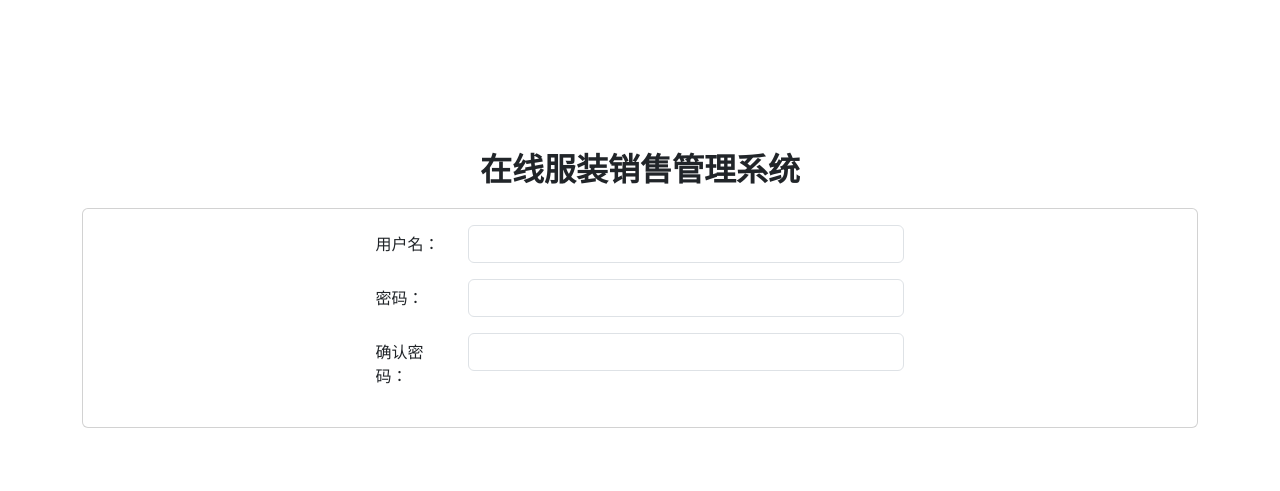
Repository: squawktop/CFS
Page: /user/register (app in web/)
The author's editor kept a copy of each file at every save. The page is drawn from the files as they stood at one save, then again after the next save.
The browser window is 1280 px wide. The pictures show the whole page.
The project was rebuilt for these pictures with package versions that can differ from the ones it lists, and the page was loaded fresh each time. Also part of the build but not shown: web/vue.config.js, web/src/views/LoginView.vue, web/src/components/NavBar.vue, web/src/views/HomeView.vue, web/src/views/UsersManageView.vue, web/src/views/PersonalCenterView.vue, web/src/views/GoodsManageView.vue, web/src/views/OrdersManageView.vue and 1 more.

Above is the page before, as saved 2024-03-23 18:46:22.

### web/src/App.vue
<template>
  <RouterView></RouterView>
</template>

<script>


// 导入bootstrap
import "bootstrap/dist/css/bootstrap.min.css"
import "bootstrap/dist/js/bootstrap"
// import { ref } from "vue";

// import $ from 'jquery';
export default {
  components: {

  }
  ,
  setup() {
    // const user_id = ref("");
    // const username = ref("");
    // const password = ref("");

    // $.ajax({
    //   type: "get",
    //   url: "http://127.0.0.1:3000/user/getlist",
    //   success(resp) {
    //     user_id.value = resp[0].id;
    //     username.value = resp[0].username;
    //     password.value = resp[0].password;

    //   },
    //   error() {
    //     this.user_id = "error"
    //   }
    // })




    return {

    }
  }

}

</script>

<style></style>

### web/src/router/index.js
import { createRouter, createWebHistory } from 'vue-router'
// import HomeView from '../views/HomeView.vue'
import LoginView from '../views/LoginView.vue'
import RegisterView from '../views/RegisterView.vue'
import HomeView from '../views/HomeView.vue'
import UsersManageView from '../views/UsersManageView.vue'
import PersonalCenterView from '../views/PersonalCenterView.vue'
import GoodsManageView from '../views/GoodsManageView.vue'
import OrdersManageView from '../views/OrdersManageView.vue'
import NotFound from '../views/NotFoundView.vue'
import store from '@/store/index'

const routes = [
  {
    path: '/',
    name: 'home',
    component: HomeView,
    // redirect: "/user/register",
    meta: { //该页面是否需要授权      //随便写， 也可以设置为   flag : true;
      requestAuth: true,
    }
  },

  {
    path: '/user/login',
    name: 'user_login',
    component: LoginView,
    meta: {
      requestAuth: false,
    }
  },

  {
    path: '/user/register',
    name: 'user_register',
    component: RegisterView,
    meta: { //该页面是否需要授权
      requestAuth: false,
    }
  },
  {
    path: '/user/personalcenter',
    name: 'personal_center',
    component: PersonalCenterView,
    meta: { //该页面是否需要授权
      requestAuth: true,
    }
  },

  {
    path: '/user/usermanage',
    name: 'user_manage',
    component: UsersManageView,
    meta: { //该页面是否需要授权
      requestAuth: true,
    }
  }
  ,
  {
    path: '/goods/manage',
    name: 'goods_manage',
    component: GoodsManageView,
    meta: { //该页面是否需要授权
      requestAuth: true,
    }
  }, {
    path: '/orders/manage',
    name: 'orders_manage',
    component: OrdersManageView,
    meta: { //该页面是否需要授权
      requestAuth: true,
    }
  },


  {
    path: "/404/",
    name: "404",
    component: NotFound
  },
  {
    path: "/:catchAll(.*)",
    redirect: "/404/",  //页面重定向到404
  }
]

const router = createRouter({
  history: createWebHistory(),
  routes
})

router.beforeEach((to, from, next) => {
  if (to.meta.requestAuth && !store.state.user.is_login) {
    next({ name: "user_login" });
  } else {
    next();
  }
})

export default router

### web/src/store/index.js
import { createStore } from 'vuex'
import ModuleUser from '@/store/user'

export default createStore({
  state: {
  },
  getters: {
  },
  mutations: {
  },
  actions: {
  },
  modules: {
    user: ModuleUser,
  }
})

### web/src/views/RegisterView.vue
<template>
    <div class="background">
        <h2>在线服装销售管理系统</h2>
        <ContentField>
            <div class="row justify-content-md-center">
                <div class="col-6">
                    <form @submit.prevent="register">
                        <!-- <div class="mb-3">
                            <label for="username" class="form-label">用户名</label>
                            <input v-model="username" type="text" class="form-control" id="username"
                                placeholder="请输入用户名" />
                        </div>
                        <div class="mb-3">
                            <label for="password" class="form-label">密码</label>
                            <input v-model="password" type="password" class="form-control" id="password"
                                placeholder="请输入密码" />
                        </div>
                        <div class="mb-3">
                            <label for="confirmedPassword" class="form-label">确认密码</label>
                            <input v-model="confirmedPassword" type="password" class="form-control"
                                id="confirmedPassword" placeholder="请再次输入密码" />
                        </div>
                        <div class="error-message">{{ error_message }} </div>
                        <button type="submit" class="btn btn-primary">注册</button>
                        <div class="tip" @click="loginview">已有账号，返回登录</div> -->

                        <div class="mb-3 row">
                            <label for="staticEmail" class="col-sm-2 col-form-label">用户名：</label>
                            <div class="col-sm-10">
                                <input type="password" class="form-control" id="username">
                            </div>
                        </div>
                        <div class="mb-3 row">
                            <label for="inputPassword" class="col-sm-2 col-form-label">密码：</label>
                            <div class="col-sm-10">
                                <input type="password" class="form-control" id="inputPassword">
                            </div>
                        </div>
                        <div class="mb-3 row">
                            <label for="inputPassword" class="col-sm-2 col-form-label">确认密码：</label>
                            <div class="col-sm-10">
                                <input type="password" class="form-control" id="inputPassword">
                            </div>
                        </div>



                    </form>
                </div>
            </div>
        </ContentField>
    </div>

</template>

<script>
import ContentField from "@/components/ContentField.vue";
import { ElMessage } from 'element-plus'
import { ref } from 'vue'
import router from "@/router/index";
import $ from 'jquery'

export default {
    components: {
        ContentField,
    },
    setup() {
        let username = ref('');
        let password = ref('');
        let confirmedPassword = ref('');
        let error_message = ref('');

        const register = () => {
            $.ajax({
                url: "http://127.0.0.1:3000/api/user/account/register/",
                type: "post",
                data: {
                    username: username.value,
                    password: password.value,
                    confirmedPassword: confirmedPassword.value,
                },
                success(resp) {
                    if (resp.error_message === 'success') {
                        ElMessage.success("注册成功，请登录");
                        router.push({ name: "user_login" });
                    } else {
                        error_message.value = resp.error_message;
                    }
                }
            })
        }

        const loginview = () => {
            router.push({ name: "user_login" });
        }

        return {
            username,
            password,
            confirmedPassword,
            error_message,
            register,
            loginview,
        }
    }
};
</script>

<style scoped>
h2 {

    text-align: center;
    margin-top: 150px;
    font-weight: bold;
}

button {
    width: 100%;
}

div.error-message {
    color: red;
}

.tip {
    cursor: pointer;
    text-align: center;
    margin-top: 10px;

}

.tip:hover {
    text-decoration: underline;
}
</style>

### web/src/store/user.js
import router from '@/router';
import $ from 'jquery'
export default {
    state: {
        id: "",
        username: "",
        photo: "",
        token: "",
        is_login: false,
        pulling_info: true,
    },
    getters: {
    },
    mutations: {        //一般是用来修改数据的
        updateUser(state, user) {
            state.id = user.id;
            state.username = user.username;
            state.photo = user.photo;
            state.is_login = user.is_login;
        },
        updateToken(state, token) {
            state.token = token;
        },
        logout(state) {
            state.id = "";
            state.username = "";
            state.photo = "";
            state.token = "";
            state.is_login = false;
            router.push({ name: "user_login" });
        },
        updatePullingInfo(state, pulling_info) {
            state.pulling_info = pulling_info;
        },
    },

    actions: {

        login(context, data) {
            $.ajax({
                url: "http://127.0.0.1:3000/api/user/account/token/",
                type: "post",
                data: {
                    username: data.username,
                    password: data.password,
                },
                success(resp) {
                    if (resp.error_message === "success") {
                        localStorage.setItem("jwt_token", resp.token);
                        context.commit("updateToken", resp.token);
                        data.success(resp);
                    } else {
                        data.error(resp);
                    }
                },
                error(resp) {
                    data.error(resp)
                },
            });
        },
        getinfo(context, data) {
            $.ajax({
                url: "http://127.0.0.1:3000/api/user/account/info/",
                type: "get",
                headers: {
                    Authorization:
                        "Bearer " + context.state.token,
                },
                success(resp) {
                    if (resp.error_message === "success") {
                        // console.log(resp);
                        context.commit("updateUser", {
                            ...resp,
                            is_login: true,

                        });
                        data.success(resp);
                    } else {
                        data.success(resp);
                    }

                },
                error(resp) {
                    data.error(resp);
                },
            });

        },
        logout(context) {
            localStorage.removeItem("jwt_token");
            context.commit("logout")
        }
    },
    modules: {
    }
}

### web/src/components/ContentField.vue
<template>
    <div class="container content-field">
        <div class="card">
            <div class="card-body">
                <slot></slot>
            </div>
        </div>
    </div>
</template>

<script>
</script>

<style scoped>
div.content-field {
    margin-top: 20px;
}
</style>

Loaded but not shown: web/public/index.html (common file); web/src/main.js (common file)

After the next save:
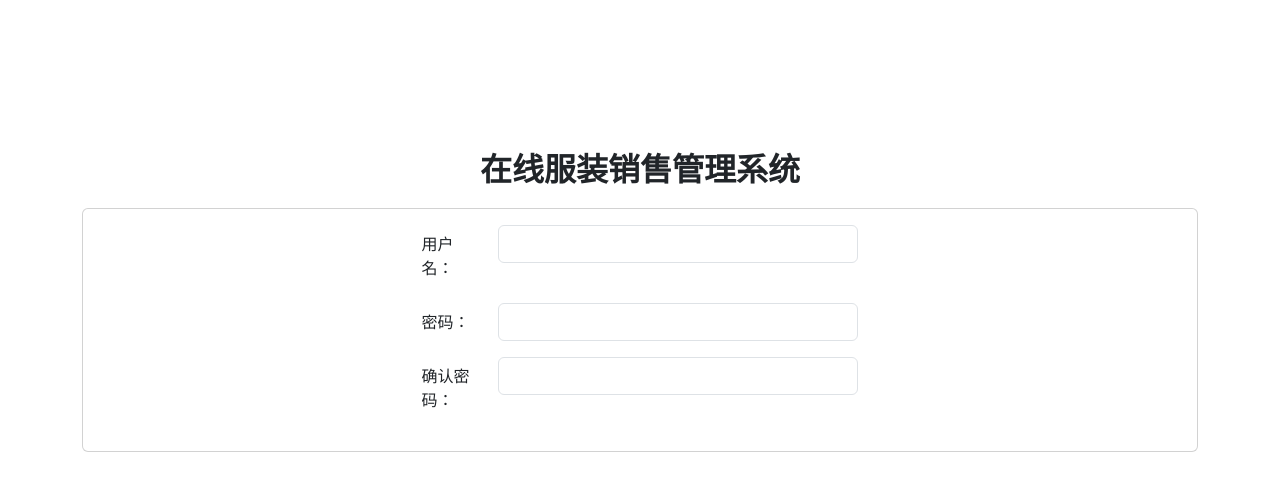
Saved 12 s later.
--- a/web/src/views/RegisterView.vue
+++ b/web/src/views/RegisterView.vue
@@ -3,7 +3,7 @@
         <h2>在线服装销售管理系统</h2>
         <ContentField>
             <div class="row justify-content-md-center">
-                <div class="col-6">
+                <div class="col-5">
                     <form @submit.prevent="register">
                         <!-- <div class="mb-3">
                             <label for="username" class="form-label">用户名</label>

After the 2 saves that followed:
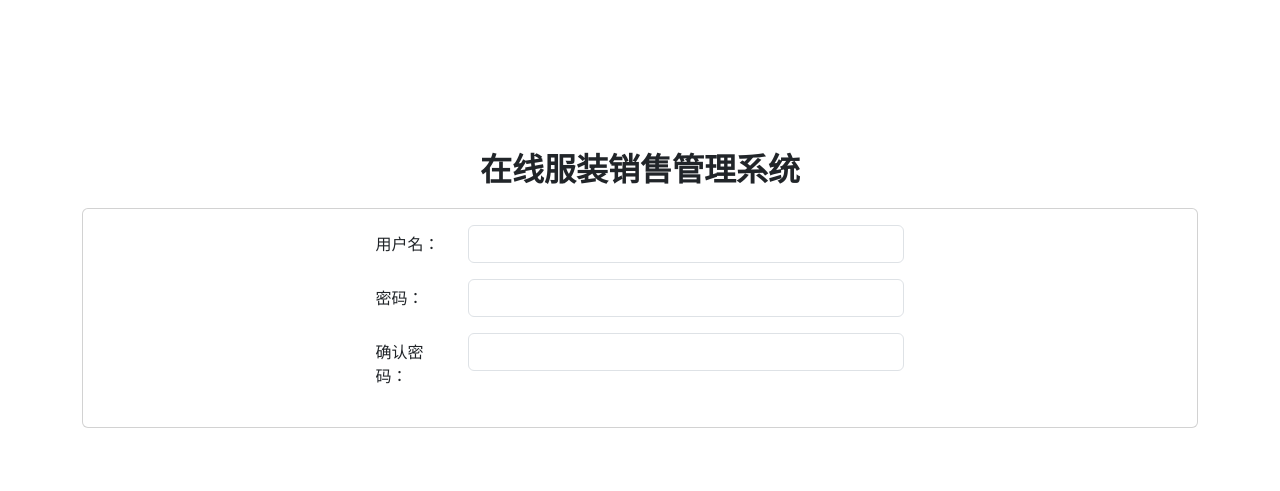
The 2 saves are shown as one change because they came seconds apart.
The last was saved 11 s later.
--- a/web/src/views/RegisterView.vue
+++ b/web/src/views/RegisterView.vue
@@ -3,7 +3,7 @@
         <h2>在线服装销售管理系统</h2>
         <ContentField>
             <div class="row justify-content-md-center">
-                <div class="col-5">
+                <div class="col-6">
                     <form @submit.prevent="register">
                         <!-- <div class="mb-3">
                             <label for="username" class="form-label">用户名</label>
